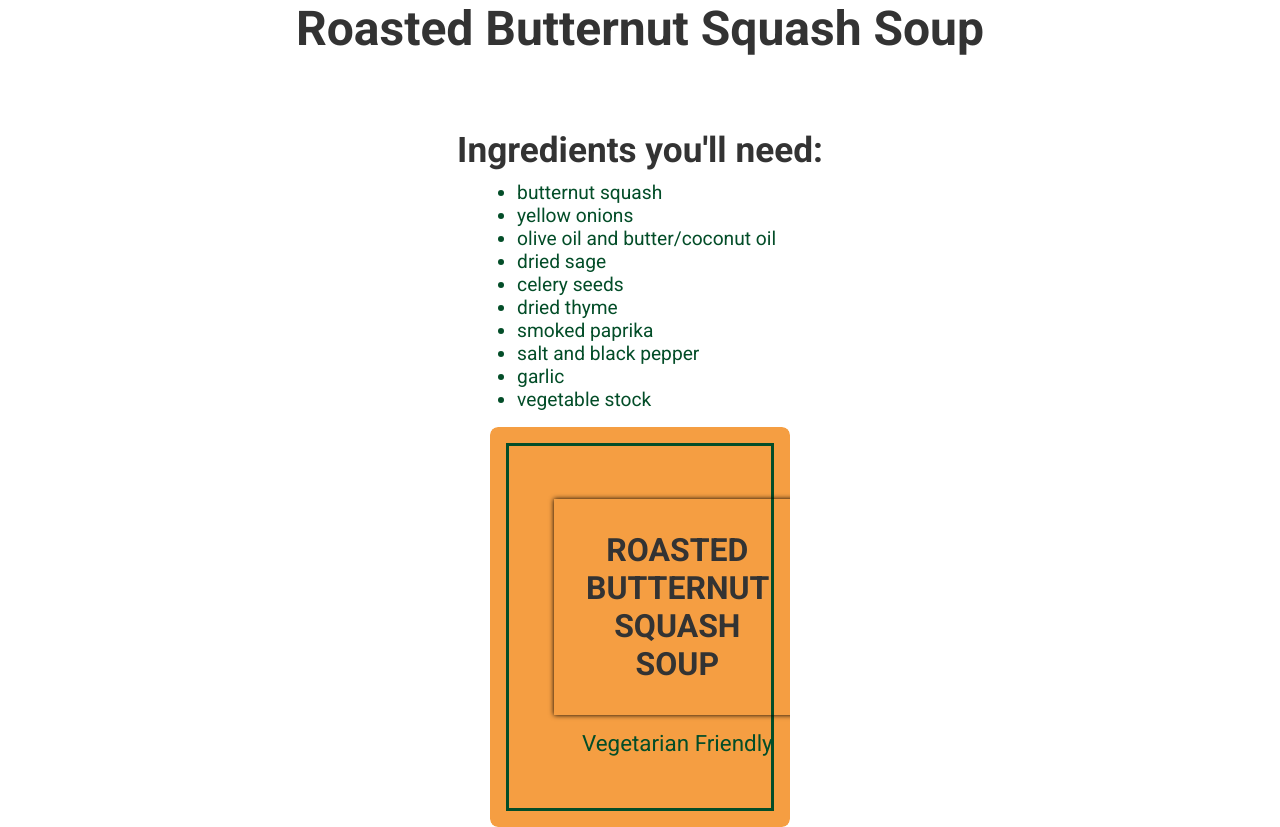
Repository: IDMX225/css-card-flip-LyssaMA
Page: src/index.html
These files come from the project's save history. The page is drawn as it stood at one moment and after the next save; the edit follows.
The browser window is 1280 px wide. The pictures show the whole page.
The style sheet was rebuilt from its Sass, Less or Tailwind sources for each picture, by a compiler version that may differ from the author's.

Above is the page before, as saved 2024-11-12 20:13:55.
Not found: src/js/index.js

### src/index.html
<!DOCTYPE html>
<html lang="en">

<head>
  <meta charset="UTF-8">
  <meta name="viewport" content="width=device-width, initial-scale=1.0">
  <meta name="description" content="A modern CSS page">
  <meta name="generator" content="Eleventy v1.2">
  <title>Recipe</title>
  <link rel="shortcut icon" href="images/squash.png" type="image/png">
  <link rel="stylesheet" href="css/main.css">
</head>

<body>
  <!-- Title above the card -->
  <div class="title-above-card">Roasted Butternut Squash Soup</div>

  <!-- Ingredients Section -->
  <div class="ingredients">
    <div class="ingredients-heading">Ingredients you'll need:</div>
    <ul class="ingredients-list">
      <li>butternut squash</li>
      <li>yellow onions</li>
      <li>olive oil and butter/coconut oil</li>
      <li>dried sage</li>
      <li>celery seeds</li>
      <li>dried thyme</li>
      <li>smoked paprika</li>
      <li>salt and black pepper</li>
      <li>garlic</li>
      <li>vegetable stock</li>
    </ul>
  </div>

  <!-- The Card with the Recipe Title inside -->
  <div class="card">
    <div class="card__content">
      <div class="card__front">
        <h3 class="card__title">Roasted Butternut Squash Soup</h3>
        <p class="card__subtitle">Vegetarian Friendly</p>
      </div>

      <div class="card__back">
        <p class="card__body">To roast the squash, simply place the seasoned squash onto two large baking sheets lined
          with aluminum foil for easy cleanup. Roast in the oven for 45 minutes at 400°F.
          There's no need to flip over the squash halfway through roasting. Just let it go for 45 minutes and that's it!
          Enjoy!</p>
      </div>
    </div>
  </div>

  <script src="js/index.js"></script>
</body>

</html>

### src/sass/main.scss
/* Import Google Fonts */
@import url('https://fonts.googleapis.com/css2?family=Roboto:wght@400;700&display=swap');

:root {
  --level-three: translateZ(9rem);
  --fw-normal: 400;
  --fw-bold: 700;
  --clr: #f59e42; /* Squash Soup Orange */
  --clr-dark: #331710; /* Dark brown for the card back */
  --font-family: 'Roboto', sans-serif;
}

*,
*::before,
*::after {
  box-sizing: border-box;
  margin: 0;
}

body {
  font-family: var(--font-family);
  height: 100vh;
  display: grid;
  place-items: center;
}

/* Title Above the Card */
.title-above-card {
  font-family: var(--font-family);
  font-size: 3rem; /* Larger size for the title */
  font-weight: var(--fw-bold);
  text-align: center;
  margin-bottom: 1.5em; /* Space between title and ingredients */
  color: #333; /* Dark color for the title */
}

/* Ingredients Section */
.ingredients {
  text-align: left;
  margin-bottom: 1em; /* Space between ingredients and card */
}

.ingredients-heading {
  font-family: var(--font-family);
  font-size: 2.2rem; /* Larger size for "Ingredients you'll need:" */
  font-weight: var(--fw-bold);
  color: #333; /* Dark color */
  margin-bottom: 10px; /* Adds space between the heading and the ingredient list */
}

.ingredients-list {
  font-family: var(--font-family);
  font-size: 1.2rem; /* Regular size for the list items */
  color: #034d28; /* Dark green color */
  list-style-type: disc; /* Use bullet points for the list */
  margin-left: 20px; /* Indentation for the list items */
}

/* Card Container */
.card {
  width: 300px;
  height: 400px;
  perspective: 1000px;
  border-radius: 8px;
  overflow: hidden;
}

/* Card Content */
.card__content {
  position: relative;
  width: 100%;
  height: 100%;
  transform-style: preserve-3d;
  transition: transform 0.6s;
}

.card:hover .card__content {
  transform: rotateY(180deg);
}

.card__front,
.card__back {
  position: absolute;
  top: 0;
  left: 0;
  right: 0;
  bottom: 0;
  backface-visibility: hidden;
  display: grid;
  justify-items: center;
  align-items: center;
  border-radius: 8px;
}

/* Front of the Card */
.card__front {
  background-color: var(--clr);
  color: #034d28; /* Dark green text for contrast */
  padding: 4em;  /* Add space around the content inside the front of the card */
}

.card__front::before {
  content: '';
  position: absolute;
  top: 1em;
  bottom: 1em;
  left: 1em;
  right: 1em;
  border: 3px solid currentColor;
}

/* Title on Card Front */
.card__title {
  font-family: var(--font-family);
  font-size: 2rem;
  font-weight: var(--fw-bold);
  text-transform: uppercase;
  color: #333;
  box-shadow: 0 0 5px black;
  padding: 1em; /* Padding inside the box for space from the border */
  z-index: 1;  /* Ensure it's above the border */
  text-align: center;
}

/* Subtitle on Card */
.card__subtitle {
  text-align: center;
  font-family: var(--font-family);
  font-size: 1.4rem;
  font-weight: var(--fw-normal);
}

/* Back of the Card */
.card__back {
  background: var(--clr-dark);
  color: #f7d07d;
  transform: rotateY(180deg);
}

.card__body {
  font-family: var(--font-family);
  font-size: 1rem;
  line-height: 1.5;
  padding: 1em;
  text-align: center;
}

After the next save:
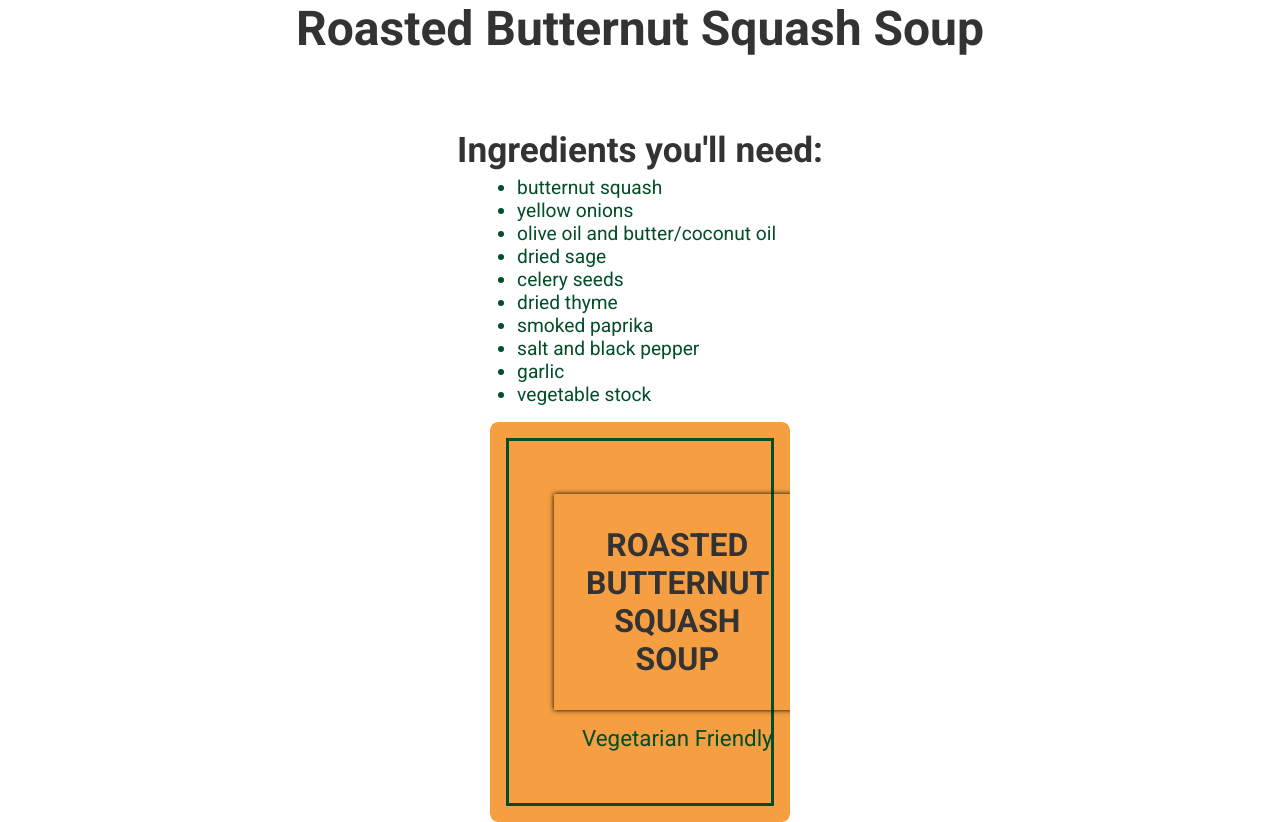
Saved 25 s later.
--- a/src/sass/main.scss
+++ b/src/sass/main.scss
@@ -45,7 +45,7 @@ body {
   font-size: 2.2rem; /* Larger size for "Ingredients you'll need:" */
   font-weight: var(--fw-bold);
   color: #333; /* Dark color */
-  margin-bottom: 10px; /* Adds space between the heading and the ingredient list */
+  margin-bottom: 5px; /* Adds space between the heading and the ingredient list */
 }
 
 .ingredients-list {
